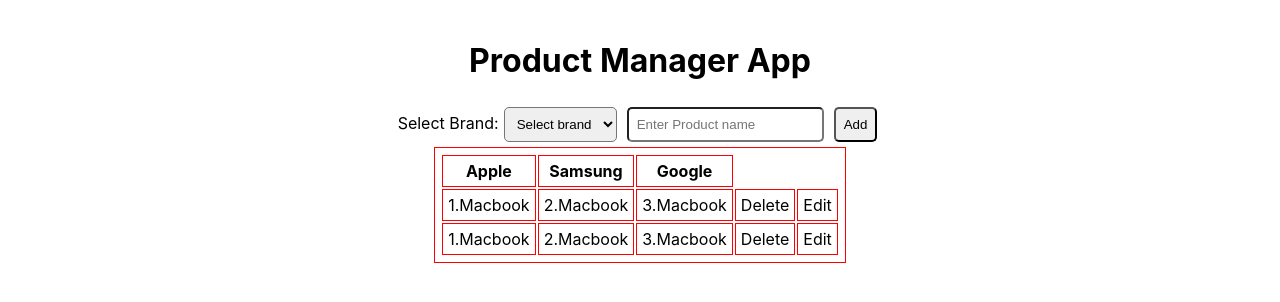
Repository: sunilkc-7/product-manager-app
Page: /
An editor plug-in stored every save of this project. The page is shown before and after the next save, followed by the edit.
The browser window is 1280 px wide. The pictures show the whole page.
The project was rebuilt for these pictures with package versions that can differ from the ones it lists, and the page was loaded fresh each time.

Above is the page before, as saved 2023-07-31 19:27:00.

After the next save:
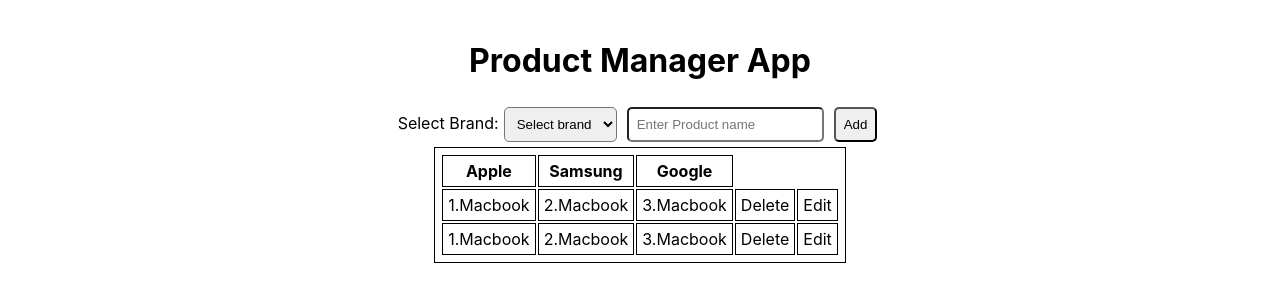
Saved 30 s later.
--- a/src/App.css
+++ b/src/App.css
@@ -28,6 +28,6 @@
 table,
 th,
 td {
-  border: 1px solid red;
+  border: 1px solid black;
   padding: 5px;
 }
